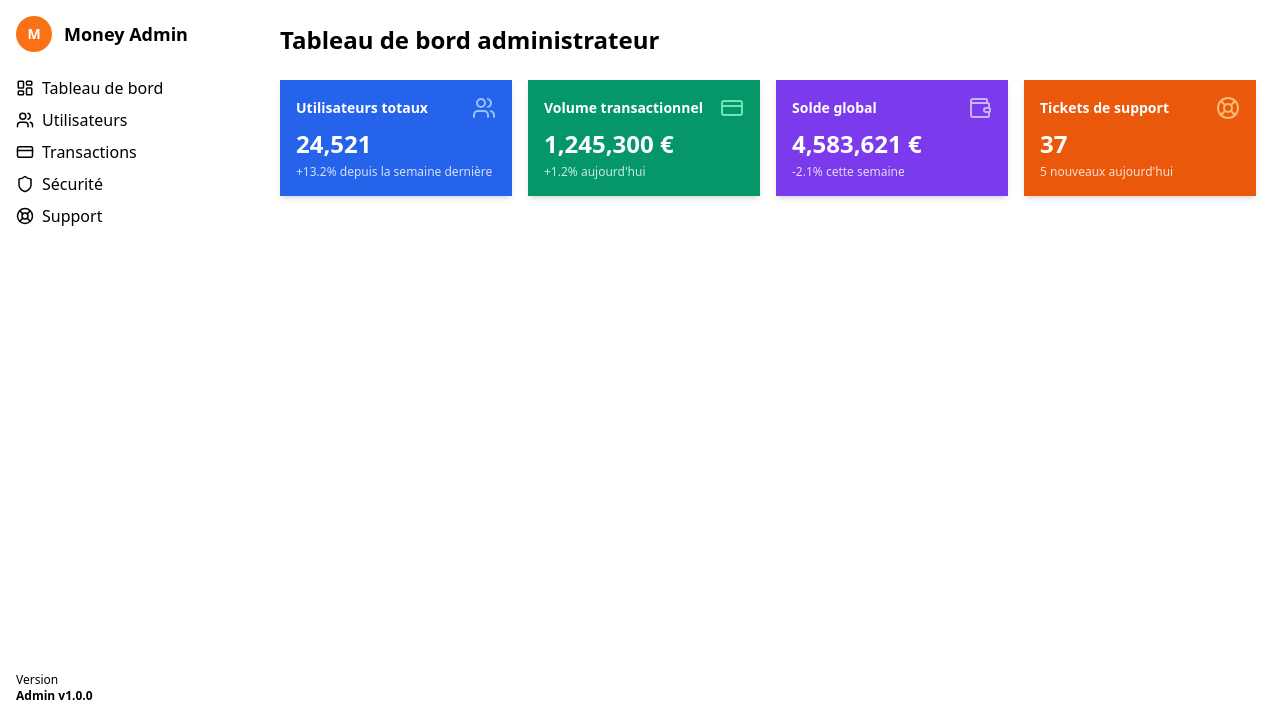
Repository: Edongo999/Dashboard
Page: /
An editor plug-in stored every save of this project. The page is shown before and after the next save, followed by the edit.
The browser window is 1280 px wide. The pictures show the whole page.
The project was rebuilt for these pictures with package versions that can differ from the ones it lists, and the page was loaded fresh each time. Also part of the build but not shown: vite.config.ts.

Above is the page before, as saved 2025-10-13 13:21:15.

After the next save:
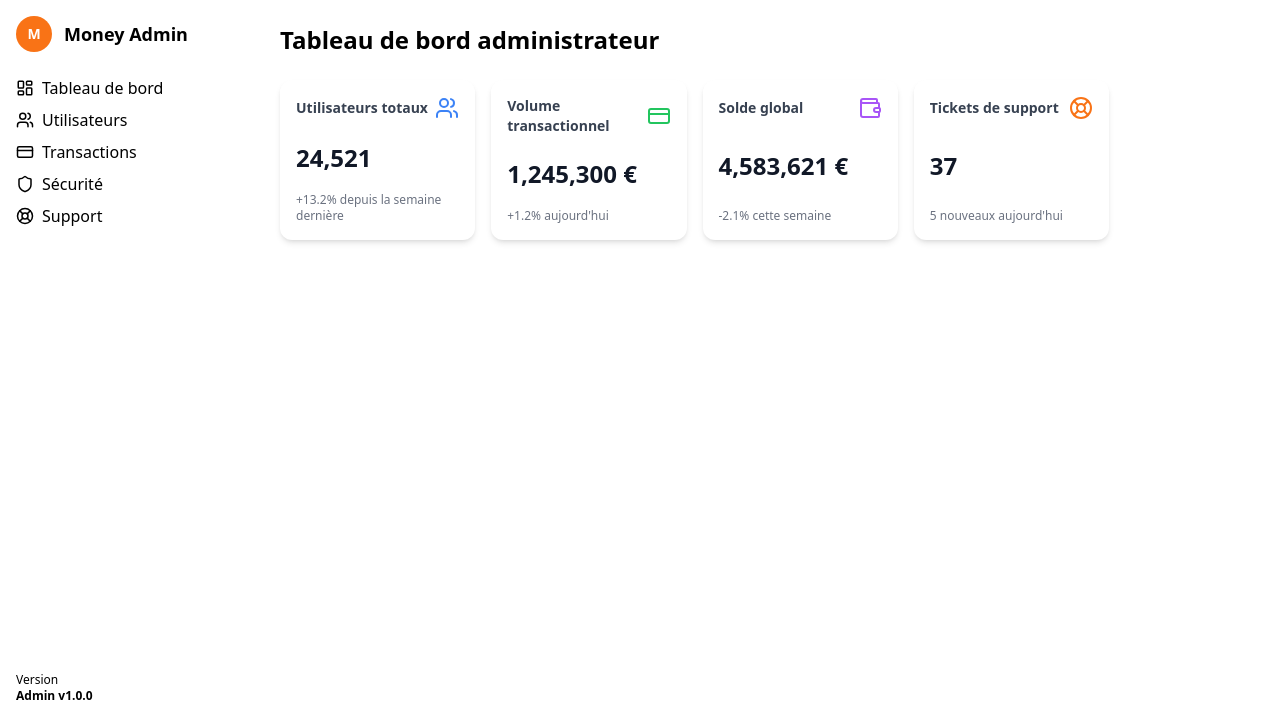
Saved 2 min 16 s later.
--- a/src/App.tsx
+++ b/src/App.tsx
@@ -9,32 +9,28 @@ const App = () => {
       value: "24,521",
       subtext: "+13.2% depuis la semaine dernière",
       icon: <Users />,
-      bgColor: "bg-[#2563EB]",       // Bleu foncé
-      iconColor: "text-[#93C5FD]"    // Bleu clair
+      iconColor: "text-blue-500"
     },
     {
       title: "Volume transactionnel",
       value: "1,245,300 €",
       subtext: "+1.2% aujourd'hui",
       icon: <CreditCard />,
-      bgColor: "bg-[#059669]",       // Vert foncé
-      iconColor: "text-[#6EE7B7]"    // Vert clair
+      iconColor: "text-green-500"
     },
     {
       title: "Solde global",
       value: "4,583,621 €",
       subtext: "-2.1% cette semaine",
       icon: <Wallet />,
-      bgColor: "bg-[#7C3AED]",       // Violet foncé
-      iconColor: "text-[#C4B5FD]"    // Violet clair
+      iconColor: "text-purple-500"
     },
     {
       title: "Tickets de support",
       value: "37",
       subtext: "5 nouveaux aujourd'hui",
       icon: <LifeBuoy />,
-      bgColor: "bg-[#EA580C]",       // Orange foncé
-      iconColor: "text-[#FDBA74]"    // Orange clair
+      iconColor: "text-orange-500"
     }
   ]
 
@@ -45,7 +41,7 @@ const App = () => {
         <h1 className="text-2xl font-bold mb-6">Tableau de bord administrateur</h1>
 
         {/* Cartes KPI */}
-        <div className="grid grid-cols-1 md:grid-cols-2 lg:grid-cols-4 gap-4 mb-6">
+        <div className="flex flex-wrap gap-4 mb-6">
           {kpis.map((kpi, i) => (
             <StatBlock key={i} {...kpi} />
           ))}
--- a/src/components/StatBlock.tsx
+++ b/src/components/StatBlock.tsx
@@ -3,19 +3,21 @@ type StatBlockProps = {
   value: string
   subtext: string
   icon: React.ReactNode
-  bgColor: string
   iconColor: string
 }
 
-const StatBlock = ({ title, value, subtext, icon, bgColor, iconColor }: StatBlockProps) => {
+const StatBlock = ({ title, value, subtext, icon, iconColor }: StatBlockProps) => {
   return (
-    <div className={`card ${bgColor} text-white shadow-md p-4`}>
+    <div
+      className="bg-white shadow-md p-4 rounded-[12px] flex flex-col justify-between"
+      style={{ width: "195.25px", height: "160px", opacity: 1 }}
+    >
       <div className="flex justify-between items-center">
-        <h3 className="text-sm font-semibold">{title}</h3>
+        <h3 className="text-sm font-semibold text-gray-700">{title}</h3>
         <div className={`text-xl ${iconColor}`}>{icon}</div>
       </div>
-      <p className="text-2xl font-bold mt-2">{value}</p>
-      <p className="text-xs mt-1 text-white/80">{subtext}</p>
+      <p className="text-2xl font-bold mt-2 text-gray-900">{value}</p>
+      <p className="text-xs mt-1 text-gray-500">{subtext}</p>
     </div>
   )
 }
